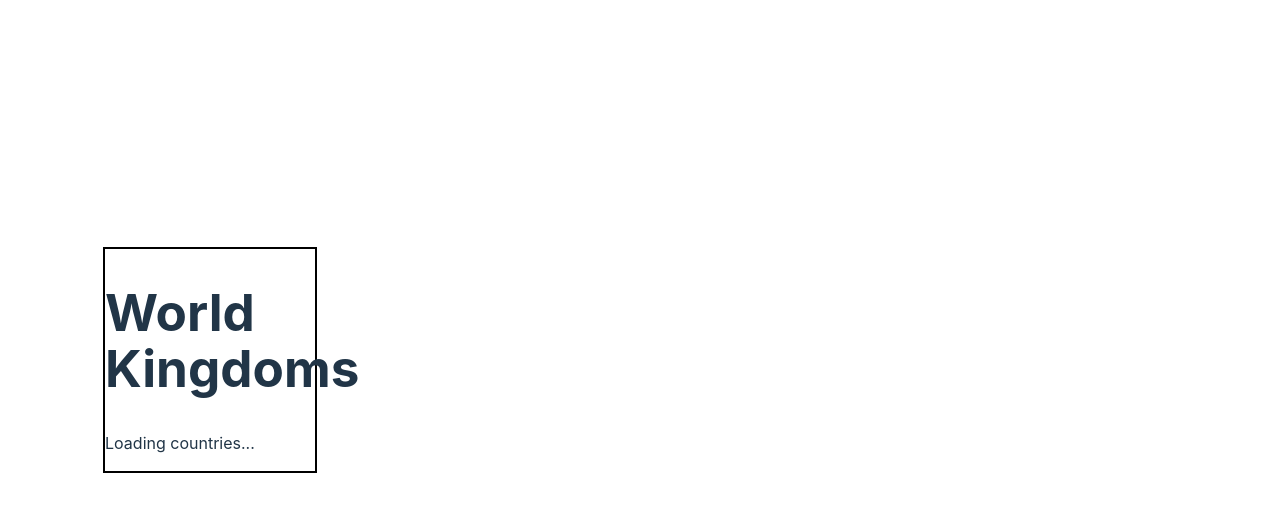
Repository: MelissaJacobi/lab-07
Page: /
The author's editor kept a copy of each file at every save. The page is drawn from the files as they stood at one save, then again after the next save.
The browser window is 1280 px wide. The pictures show the whole page.
The page's requests for data from a server got no answer. The project was rebuilt for these pictures with package versions that can differ from the ones it lists, and the page was loaded fresh each time. No one was signed in, and anything a server would have sent is missing. Also part of the build but not shown: vite.config.js, src/components/Details.module.css, src/components/Details.jsx.

Above is the page before, as saved 2024-11-23 22:17:47.

### src/App.jsx
import { BrowserRouter as Router, Routes, Route } from "react-router-dom";
import Countries from "./components/Countries";
import Details from "./components/Details";

function App() {
  return (
    <Router>
      <Routes>
        <Route path="/" element={<Countries />}>
          <Route path="countries/:cca2" element={<Details />} />
        </Route>
        <Route path="countries" element={<Countries />} />
      </Routes>
    </Router>
  );
}

export default App;

### src/components/Countries.jsx
import { useEffect, useState } from "react";
import { useNavigate, Outlet } from "react-router-dom";
import styles from "./Countries.module.css"

const Countries = () => {
  const [countries, setCountries] = useState([]);
  const [loading, setLoading] = useState(true);
  const navigate = useNavigate();

  useEffect(() => {
    fetch("https://restcountries.com/v3.1/name/kingdom")
      .then((response) => response.json())
      .then((data) => {
        setCountries(data);
        setLoading(false);
      })
      .catch((error) => console.error("Error fetching data:", error));
  }, []);

  const handleSelection = (event) => {
    const selectedCountry = countries.find(
      (country) => country.cca2 === event.target.value
    );
    if (selectedCountry) {
      navigate(`/countries/${selectedCountry.cca2}`, { state: { data: selectedCountry } });
    }
  };

  return (
    <div className={styles.container}>
      <h1>World Kingdoms</h1>
      {loading ? (
        <p>Loading countries...</p>
      ) : (
        <select
          onChange={handleSelection}
          defaultValue=""
          className={styles.dropDown}
        >
          <option value="" disabled>
            Select a country
          </option>
          {countries.map((country) => (
            <option key={country.cca2} value={country.cca2}>
              {country.name.common}
            </option>
          ))}
        </select>
      )}
      <Outlet />
    </div>
  );
};

export default Countries;

### src/components/Countries.module.css
.container {
    width: 50%;
    margin: auto;
    border: 2px solid black;
}

.dropDown {
    width: 100%;
    padding: 10px 15px;
    border: 1px solid #ccc;
    border-radius: 8px;
    background-color: #f9f9f9;
    color: #333;
    font-size: 16px;
    cursor: pointer;
    appearance: none; /* Remove default browser styles */
    -webkit-appearance: none;
    -moz-appearance: none;
    transition: border-color 0.3s, box-shadow 0.3s;
}

Loaded but not shown: index.html (common file); src/main.jsx (common file); src/index.css (common file)

After the next save:
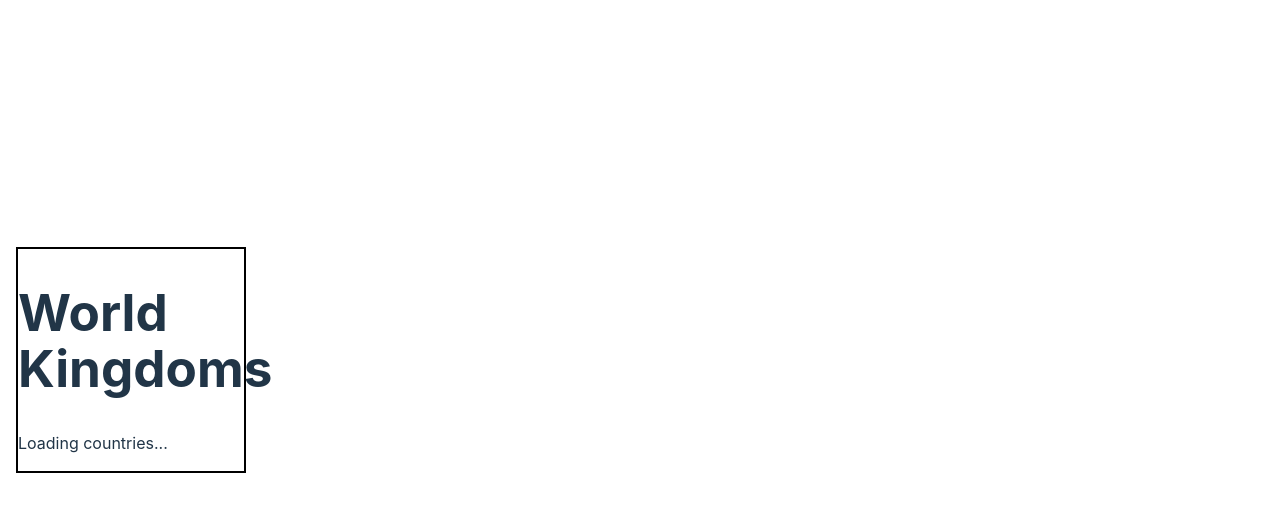
Saved 12 s later.
--- a/src/components/Countries.module.css
+++ b/src/components/Countries.module.css
@@ -2,6 +2,7 @@
     width: 50%;
     margin: auto;
     border: 2px solid black;
+    margin: 1rem;
 }
 
 .dropDown {

After the save that followed:
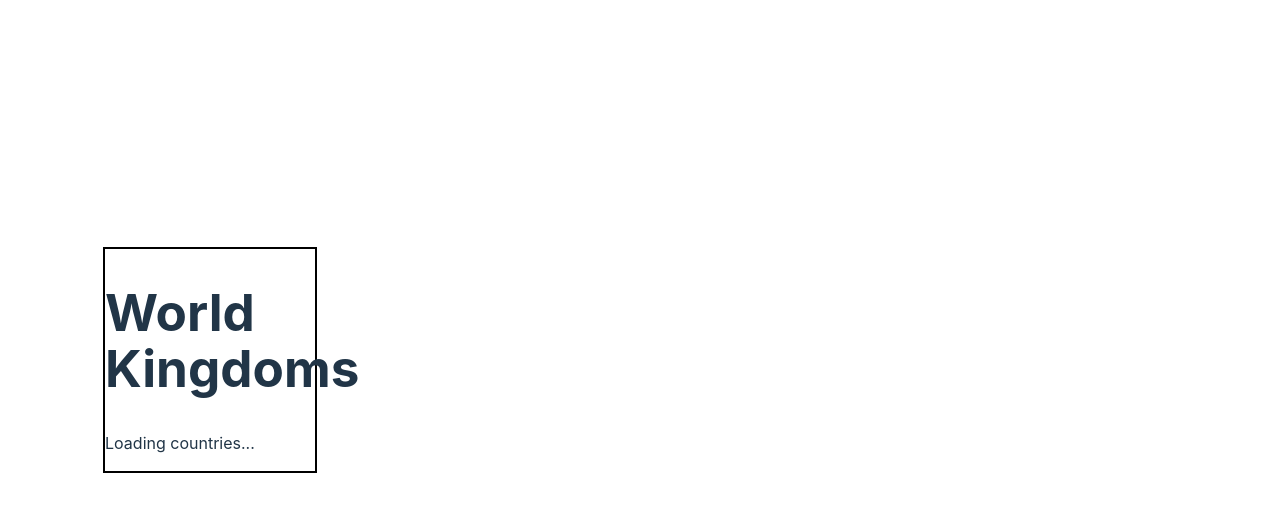
Saved 20 s later.
--- a/src/components/Countries.module.css
+++ b/src/components/Countries.module.css
@@ -1,8 +1,7 @@
 .container {
     width: 50%;
-    margin: auto;
     border: 2px solid black;
-    margin: 1rem;
+    margin: 1rem auto;
 }
 
 .dropDown {
